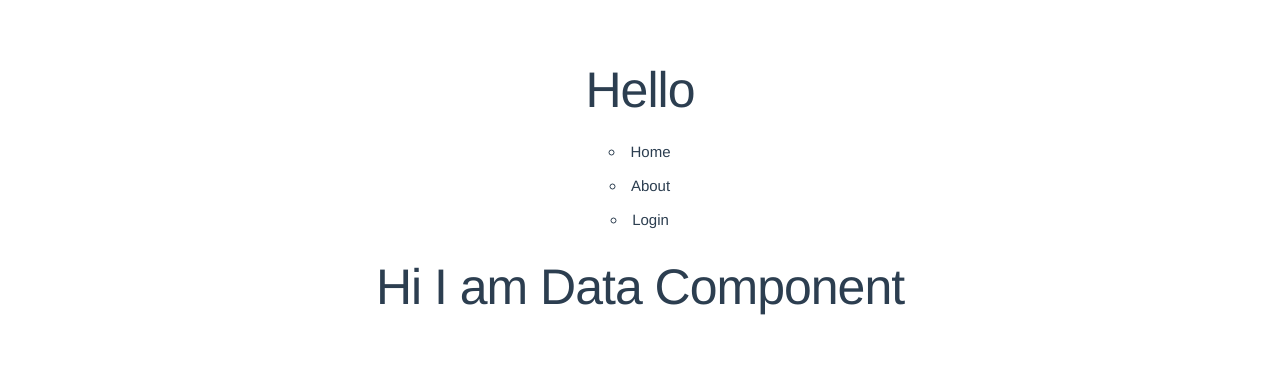
Repository: chsvk/Vue-JS-Course
Page: /
The author's editor kept a copy of each file at every save. The page is drawn from the files as they stood at one save, then again after the next save.
The browser window is 1280 px wide. The pictures show the whole page.
The project was rebuilt for these pictures with package versions that can differ from the ones it lists, and the page was loaded fresh each time.

Above is the page before, as saved 2019-03-12 20:02:22.

After the next save:
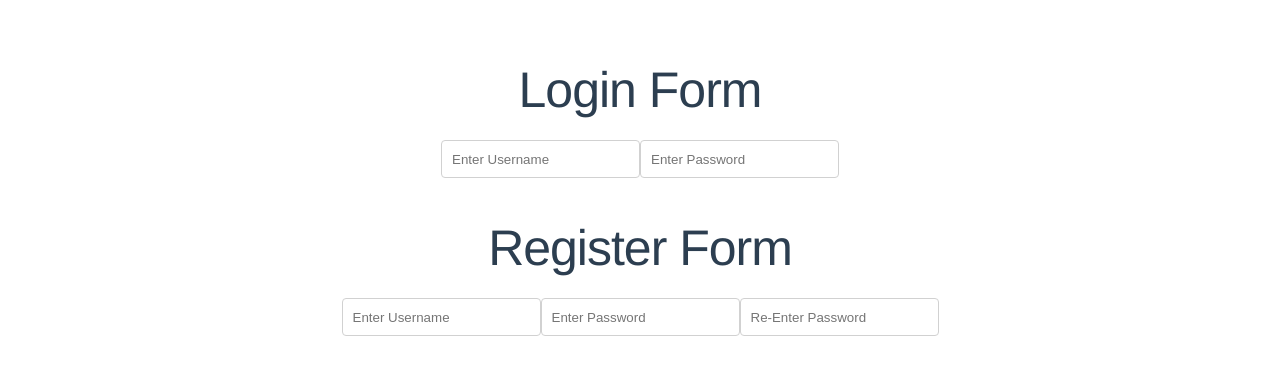
Saved 42 s later.
--- a/src/App.vue
+++ b/src/App.vue
@@ -1,15 +1,18 @@
 <template>
   <div id="app">
-    <Header/>
+    <Login/>
+    <Register/>
   </div>
 </template>
 
 <script>
-import Header from '@/components/Header'
+import Login from '@/components/Login'
+import Register from '@/components/Register'
 export default {
   name: 'app',
   components:{
-    Header,
+    Login,
+    Register
   }
 }
 </script>
